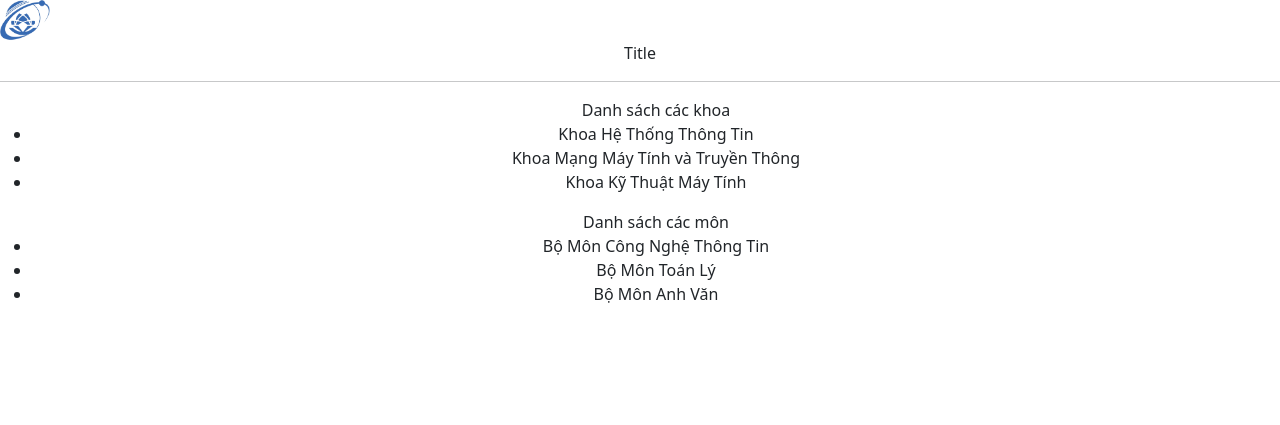
Repository: hoapham2k2/bai_tap_thuc_hanh_is207.n12
Page: index.html
The author's editor kept a copy of each file at every save. The page is drawn from the files as they stood at one save, then again after the next save.
The browser window is 1280 px wide. The pictures show the whole page.

Above is the page before, as saved 2022-09-19 08:52:00.

### index.html
<!DOCTYPE html>
<html lang="en">

<head>
    <meta charset="UTF-8">
    <meta http-equiv="X-UA-Compatible" content="IE=edge">
    <meta name="viewport" content="width=device-width, initial-scale=1.0">
    <!-- Latest compiled and minified CSS -->
    <link href="https://cdn.jsdelivr.net/npm/bootstrap@5.2.1/dist/css/bootstrap.min.css" rel="stylesheet">

    <!-- Latest compiled JavaScript -->
    <script src="https://cdn.jsdelivr.net/npm/bootstrap@5.2.1/dist/js/bootstrap.bundle.min.js"></script>

    <title>Document</title>

    <style>
        *,
        *::before,
        *::after {
            box-sizing: border-box;
        }

        * {
            margin: 0;
            padding: 0;
            font: inherit;
        }

        body {
            line-height: 1.5;
        }

        img,
        picture,
        video,
        canvas,
        svg {
            display: block;
            max-width: 100%;
        }

        input,
        button,
        textarea,
        select {
            outline: none;
        }

        p,
        h1,
        h2,
        h3,
        h4,
        h5,
        h6 {
            overflow-wrap: break-word;
        }

        .wrapper {}

        .wrapper_header {}

        .wrapper_header_logo {}

        .wrapper_header_title {}

        .wrapper_body {}

        .wrapper_list_1st {}

        .wrapper_item {}

        .wrapper_list_2st {}
    </style>
</head>

<body>

    <div class="wrapper text-center">
        <div class="wrapper_header">
            <div class="wrapper_header_logo">
                <img src="./assets/img/logo-uit.png" alt="anh_logo_uit" width="50px">
            </div>
            <div class="wrapper_header_title">Title</div>
        </div>
        <hr>
        <div class="wrapper_body">
            <ul class="wrapper_list_1st">Danh sách các khoa
                <li class="wrapper_item">Khoa Hệ Thống Thông Tin</li>
                <li class="wrapper_item">Khoa Mạng Máy Tính và Truyền Thông</li>
                <li class="wrapper_item">Khoa Kỹ Thuật Máy Tính</li>
            </ul>
            <ul class="wrapper_list_2st">Danh sách các môn
                <li class="wrapper_item">Bộ Môn Công Nghệ Thông Tin</li>
                <li class="wrapper_item">Bộ Môn Toán Lý</li>
                <li class="wrapper_item">Bộ Môn Anh Văn</li>
            </ul>
        </div>
</body>

</html>

After the next save:
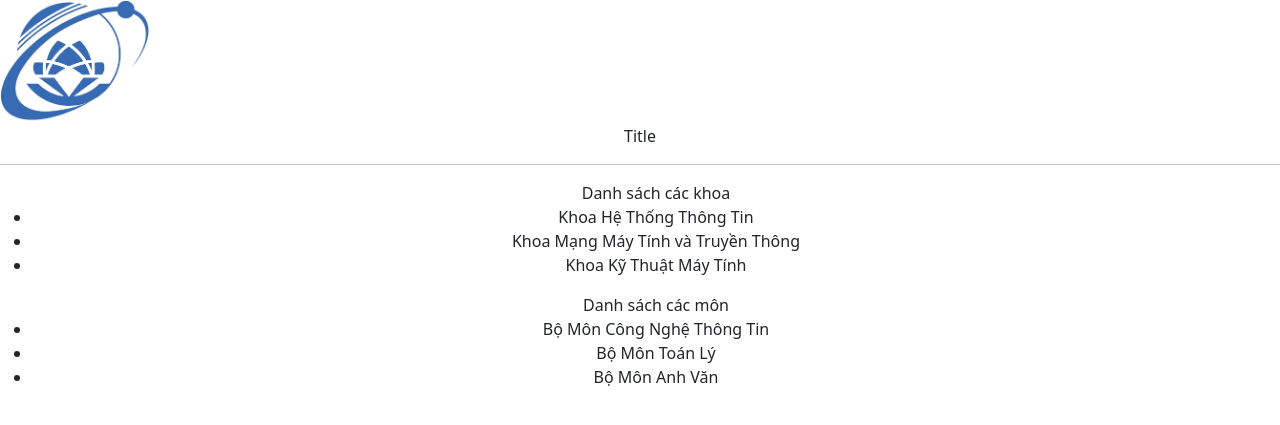
Saved 13 s later.
--- a/index.html
+++ b/index.html
@@ -79,7 +79,7 @@
     <div class="wrapper text-center">
         <div class="wrapper_header">
             <div class="wrapper_header_logo">
-                <img src="./assets/img/logo-uit.png" alt="anh_logo_uit" width="50px">
+                <img src="./assets/img/logo-uit.png" alt="anh_logo_uit" width="150px">
             </div>
             <div class="wrapper_header_title">Title</div>
         </div>
